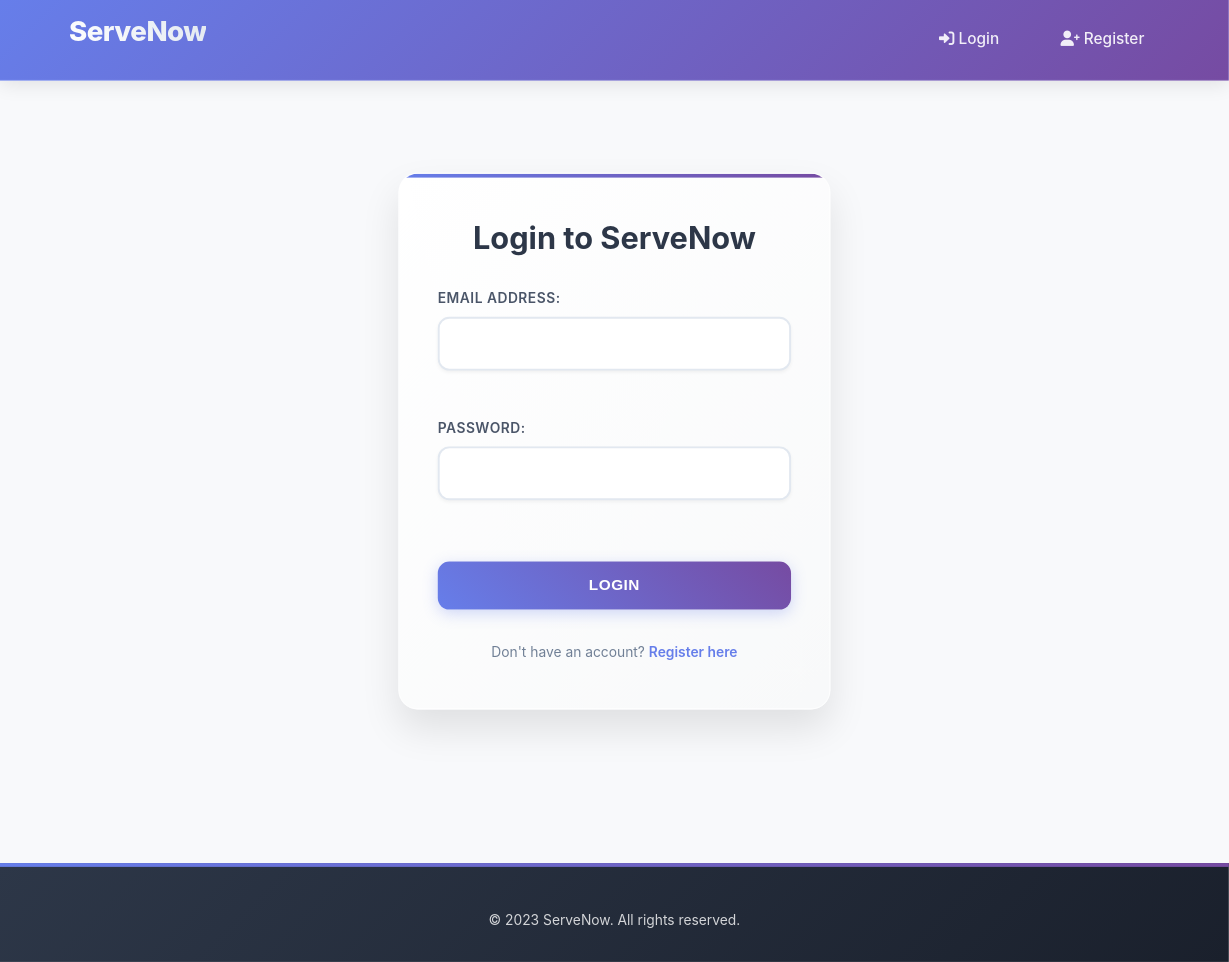
Repository: onenet786/servenow
Page: login.html
An editor plug-in stored every save of this project. The page is shown before and after the next save, followed by the edit.
The browser window is 1280 px wide. The pictures show the whole page, at 96% of full size.

Above is the page before, as saved 2025-12-06 21:09:56.

After the next save:
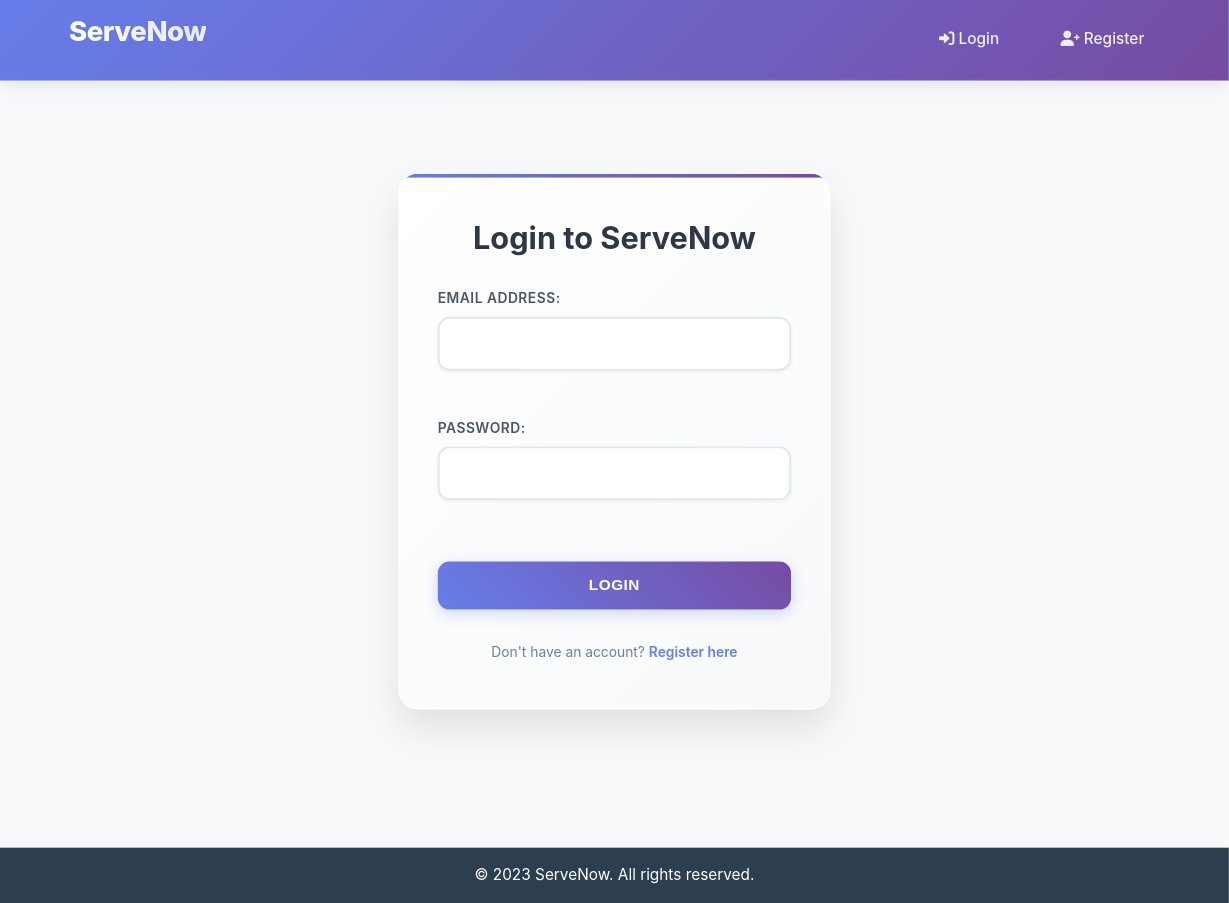
Saved 14 s later.
--- a/login.html
+++ b/login.html
@@ -4,7 +4,7 @@
     <meta charset="UTF-8">
     <meta name="viewport" content="width=device-width, initial-scale=1.0">
     <title>Login - ServeNow</title>
-    <link rel="stylesheet" href="css/style.css">
+    <link rel="stylesheet" href="style/main.css">
     <link rel="stylesheet" href="https://cdnjs.cloudflare.com/ajax/libs/font-awesome/6.0.0/css/all.min.css">
 </head>
 <body>
